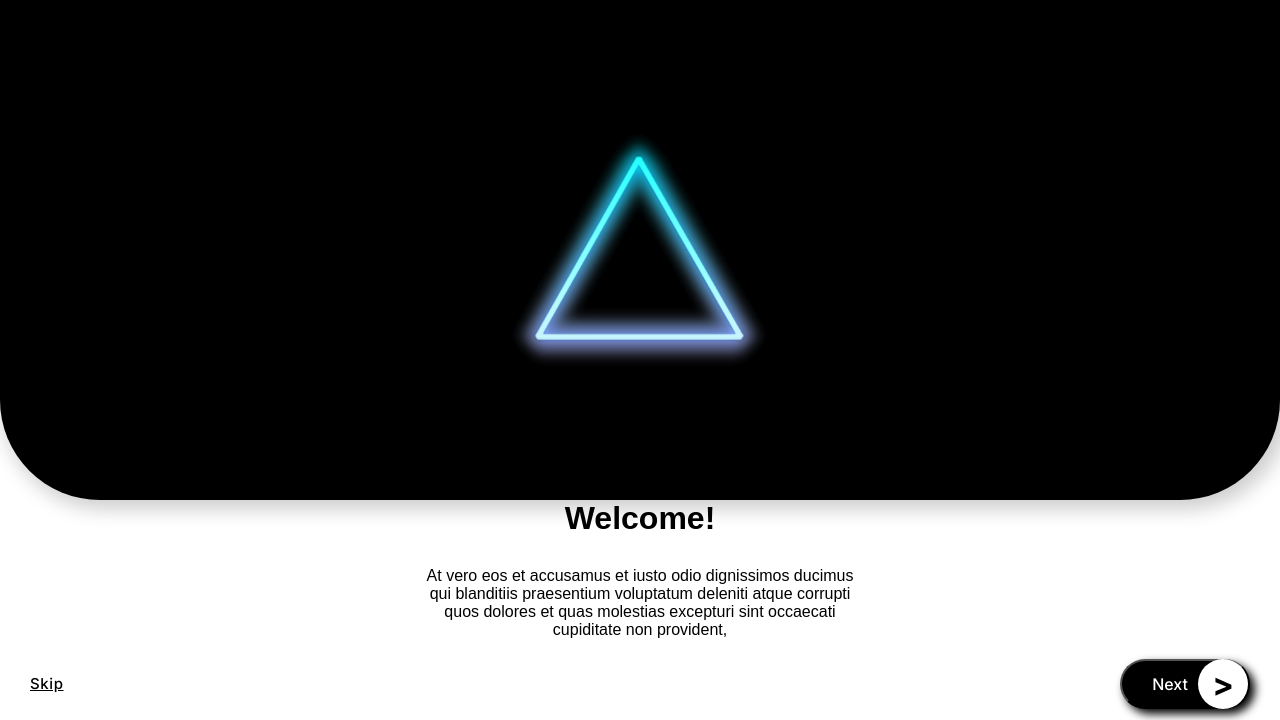
Repository: Cherced/virtualassistant
Page: /Welcome
These files come from the project's save history. The page is drawn as it stood at one moment and after the next save; the edit follows.
The browser window is 1280 px wide. The pictures show the whole page.
The project was rebuilt for these pictures with package versions that can differ from the ones it lists, and the page was loaded fresh each time. The framework's server and built-in components were replaced by stand-ins that run in the browser.

Above is the page before, as saved 2022-07-14 14:26:33.

After the next save:
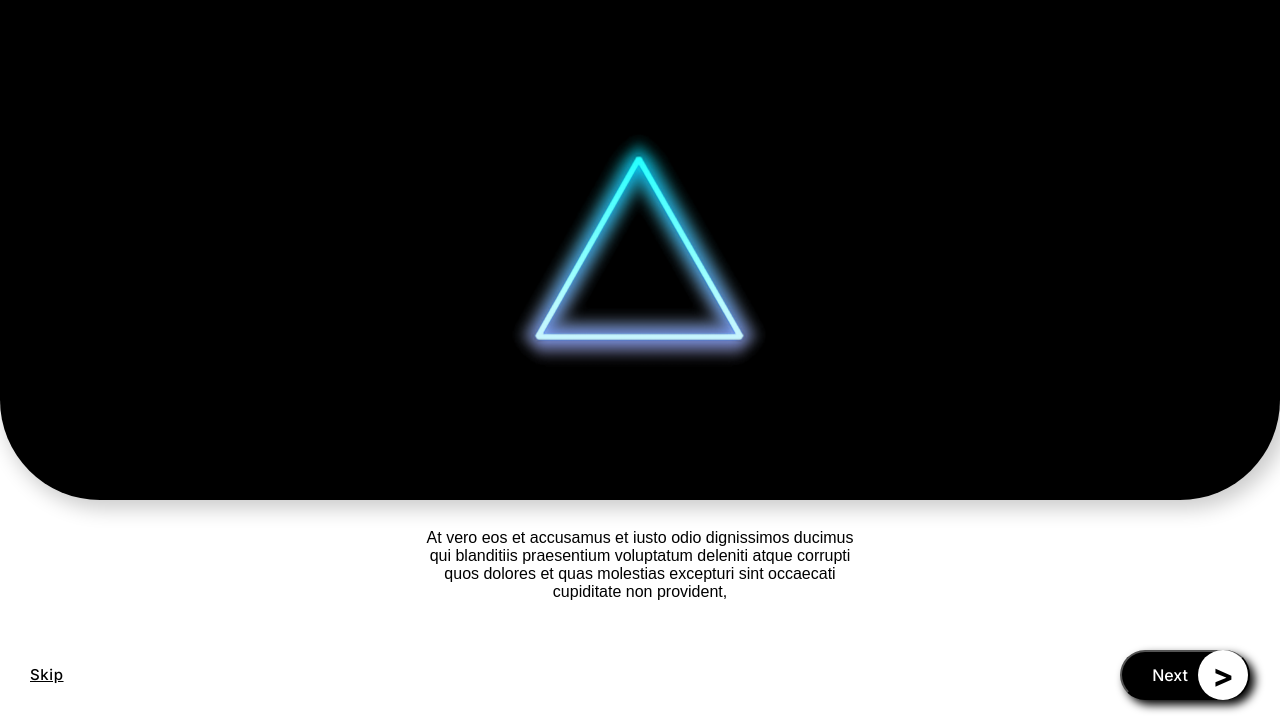
Saved 4 min 10 s later.
--- a/components/atoms/Carrousels/Instructions.jsx
+++ b/components/atoms/Carrousels/Instructions.jsx
@@ -5,9 +5,9 @@
     <div className="carrousel" aria-label="carrousel" >
         <ul className="carrousel__list" id="slider">
             <li className="carrousel__list--item">
-                <h1 className="carrousel__item--title">
+              {/*   <h1 className="carrousel__item--title">
                 Welcome!
-                </h1>
+                </h1> */}
                 <p className="carrousel__item--parragraph">
                 At vero eos et accusamus et iusto odio dignissimos ducimus qui blanditiis praesentium voluptatum deleniti atque corrupti quos dolores et quas molestias excepturi sint occaecati cupiditate non provident,
                 </p>

After the save that followed:
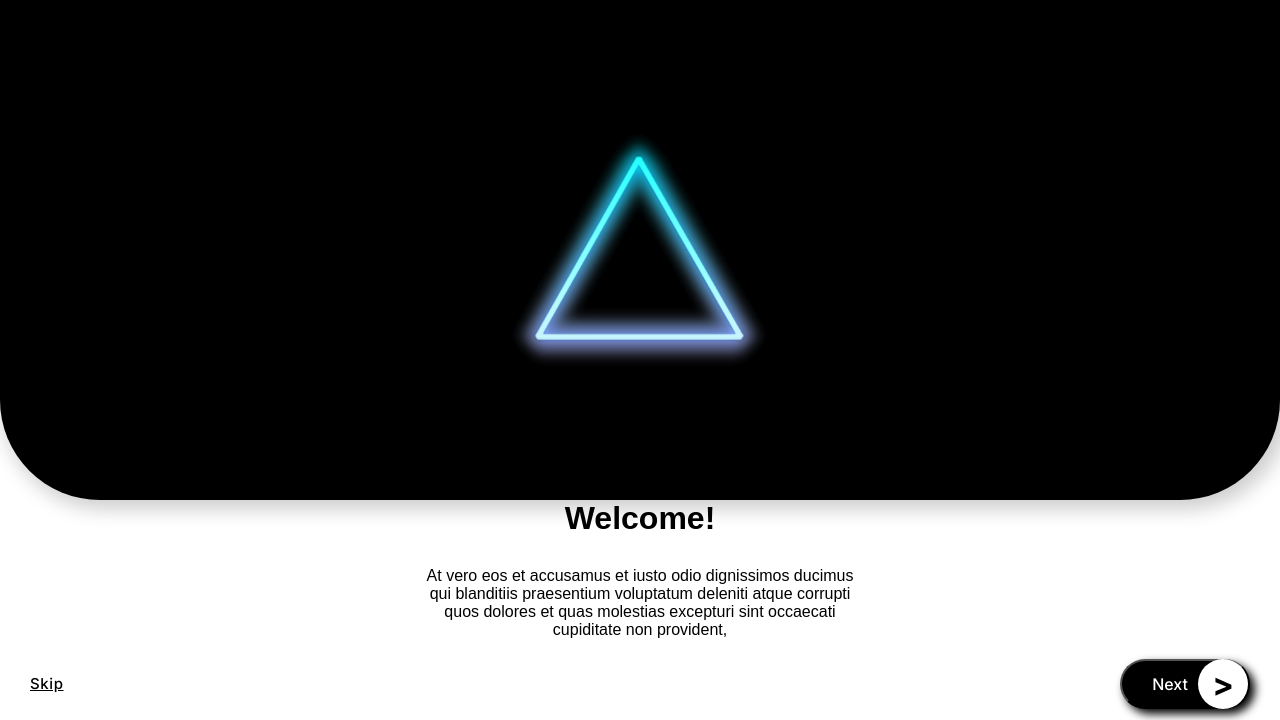
Saved 18 s later.
--- a/components/atoms/Carrousels/Instructions.jsx
+++ b/components/atoms/Carrousels/Instructions.jsx
@@ -5,9 +5,9 @@
     <div className="carrousel" aria-label="carrousel" >
         <ul className="carrousel__list" id="slider">
             <li className="carrousel__list--item">
-              {/*   <h1 className="carrousel__item--title">
+                <h1 className="carrousel__item--title">
                 Welcome!
-                </h1> */}
+                </h1>
                 <p className="carrousel__item--parragraph">
                 At vero eos et accusamus et iusto odio dignissimos ducimus qui blanditiis praesentium voluptatum deleniti atque corrupti quos dolores et quas molestias excepturi sint occaecati cupiditate non provident,
                 </p>
